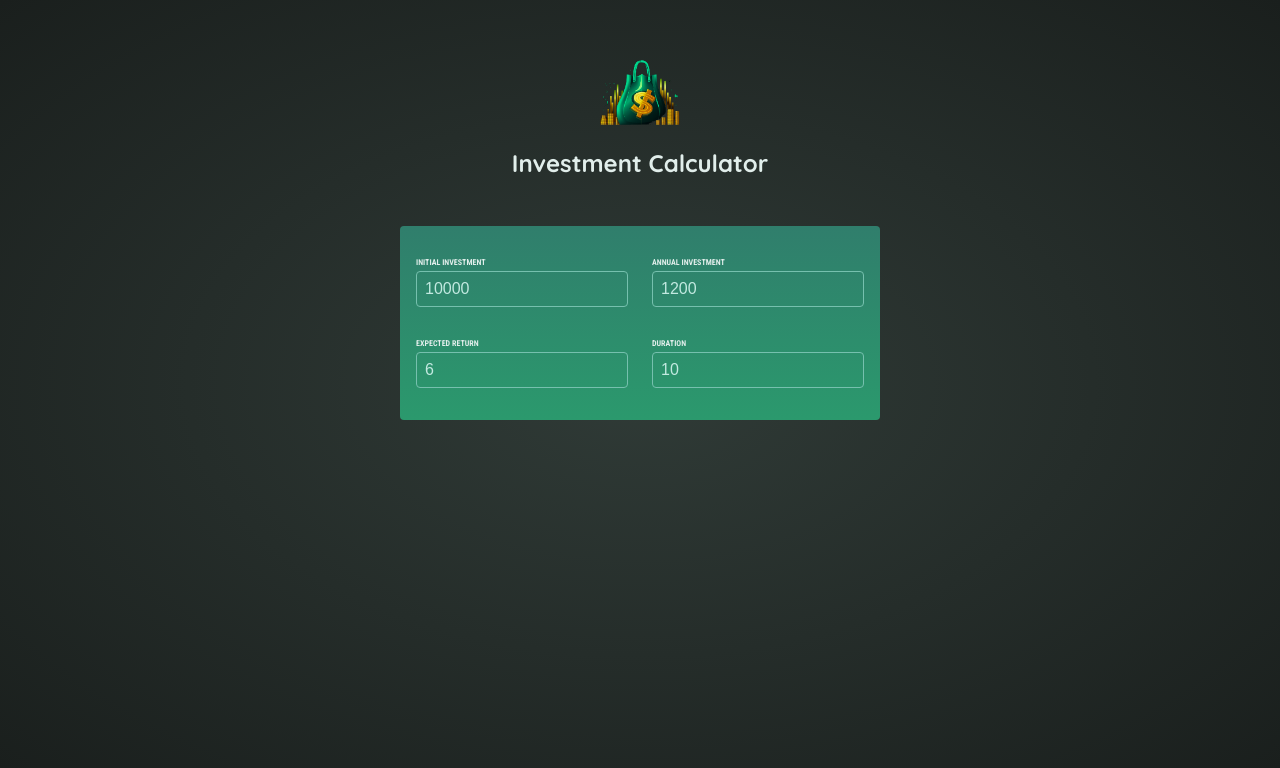
Repository: ooluchi/prac-investment-calculator
Page: /
An editor plug-in stored every save of this project. The page is shown before and after the next save, followed by the edit.
The browser window is 1280 px wide. The pictures show the whole page.
The project was rebuilt for these pictures with package versions that can differ from the ones it lists, and the page was loaded fresh each time. Also part of the build but not shown: vite.config.js.

Above is the page before, as saved 2024-11-13 14:44:48.

### src/App.jsx
import { useState } from "react";
import Header from "./components/Header";
import UserInput from "./components/UserInput";
import Results from "./components/Results";

function App() {

  const [userInput, setUserInput] = useState({
    initialInvestment: 10000,
    annualInvestment: 1200,
    expectedReturn: 6,
    duration: 10,
});

function handleChange(inputIdentifier, newValue) {
  setUserInput((previousInput) => ({
      ...previousInput,
      [inputIdentifier]: +newValue,
  }));
}

  return (
    <>
   <Header />
  <UserInput userInput={userInput}  onChange={handleChange} />
   </>
  )
}
<Results input={UserInput} />

export default App

### src/components/Header.jsx
import logo from "../assets/investment-calculator-logo.png"

export default function Header() {
    return (
        <header id="header">
        <img src={logo} alt="money-bag-image" />
        <h1> Investment Calculator</h1>
        </header>
    )
}

### src/components/UserInput.jsx

export default function UserInput ( {onChange, userInput} ) {
    return (
        <section id="user-input">
            <div className="input-group">
                <p>
                    <label>Initial Investment</label>
                    <input
                        type="number"
                        required
                        value={userInput.initialInvestment}
                        onChange={(event) =>
                            onChange("initialInvestment", event.target.value)
                        }
                    />
                </p>
                <p>
                    <label>Annual Investment</label>
                    <input
                        type="number"
                        required
                        value={userInput.annualInvestment}
                        onChange={(event) =>
                            onChange("annualInvestment", event.target.value)
                        }
                    />
                </p>
            </div>
            <div className="input-group">
                <p>
                    <label>Expected Return</label>
                    <input
                        type="number"
                        required
                        value={userInput.expectedReturn}
                        onChange={(event) =>
                            onChange("expectedReturn", event.target.value)
                        }
                    />
                </p>
                <p>
                    <label>Duration</label>
                    <input
                        type="number"
                        required
                        value={userInput.duration}
                        onChange={(event) => onChange("duration", event.target.value)}
                    />
                </p>
            </div>
        </section>
    );
}

### src/components/Results.jsx
import { calculateInvestmentResults } from '../util/investment'

export default function Results ({ input }) {
    const resultsData = calculateInvestmentResults(input);

    console.log(resultsData);
}

### src/util/investment.js
// This function expects a JS object as an argument
// The object should contain the following properties
// - initialInvestment: The initial investment amount
// - annualInvestment: The amount invested every year
// - expectedReturn: The expected (annual) rate of return
// - duration: The investment duration (time frame)
export function calculateInvestmentResults({
  initialInvestment,
  annualInvestment,
  expectedReturn,
  duration,
}) {
  const annualData = [];
  let investmentValue = initialInvestment;

  for (let i = 0; i < duration; i++) {
    const interestEarnedInYear = investmentValue * (expectedReturn / 100);
    investmentValue += interestEarnedInYear + annualInvestment;
    annualData.push({
      year: i + 1, // year identifier
      interest: interestEarnedInYear, // the amount of interest earned in this year
      valueEndOfYear: investmentValue, // investment value at end of year
      annualInvestment: annualInvestment, // investment added in this year
    });
  }

  return annualData;
}

// The browser-provided Intl API is used to prepare a formatter object
// This object offers a "format()" method that can be used to format numbers as currency
// Example Usage: formatter.format(1000) => yields "$1,000"
export const formatter = new Intl.NumberFormat('en-US', {
  style: 'currency',
  currency: 'USD',
  minimumFractionDigits: 0,
  maximumFractionDigits: 0,
});

Loaded but not shown: index.html (common file); src/index.jsx (common file); src/index.css (common file)

After the next save:
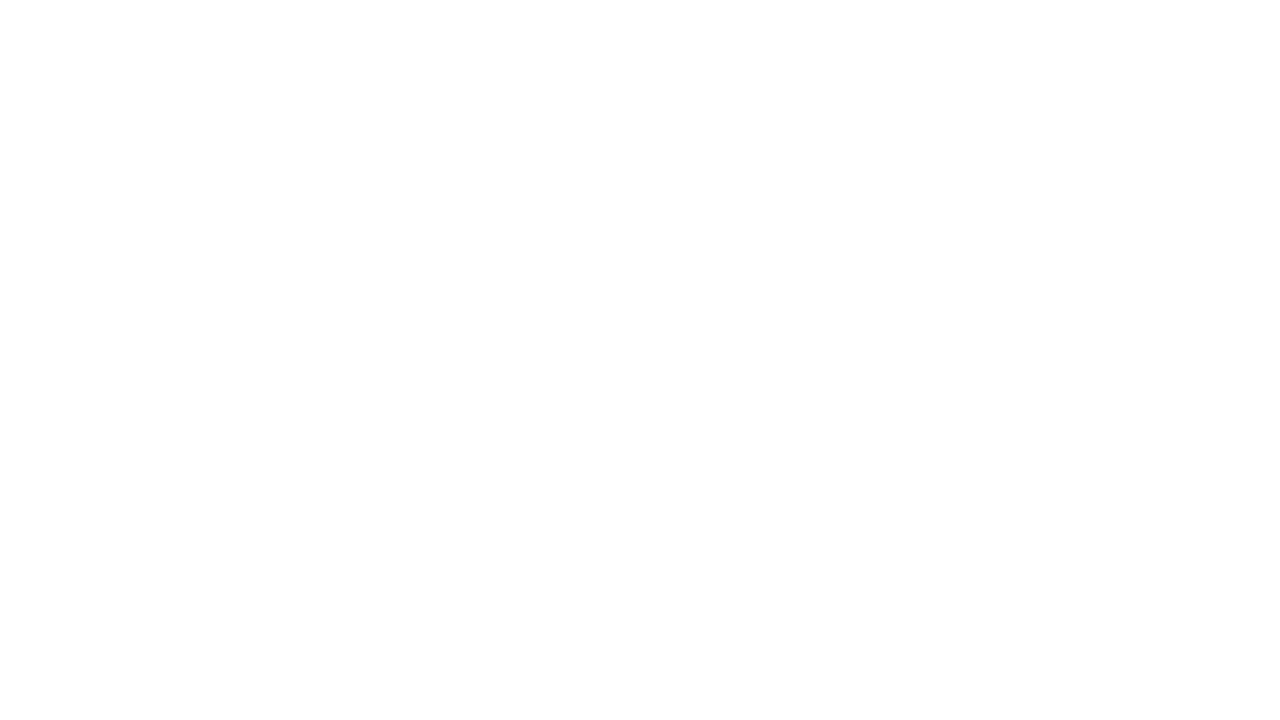
Console error: ReferenceError: userInput is not defined
Saved 7 s later.
--- a/src/App.jsx
+++ b/src/App.jsx
@@ -26,6 +26,6 @@
    </>
   )
 }
-<Results input={UserInput} />
+<Results input={userInput} />
 
 export default App

After the 3 saves that followed:
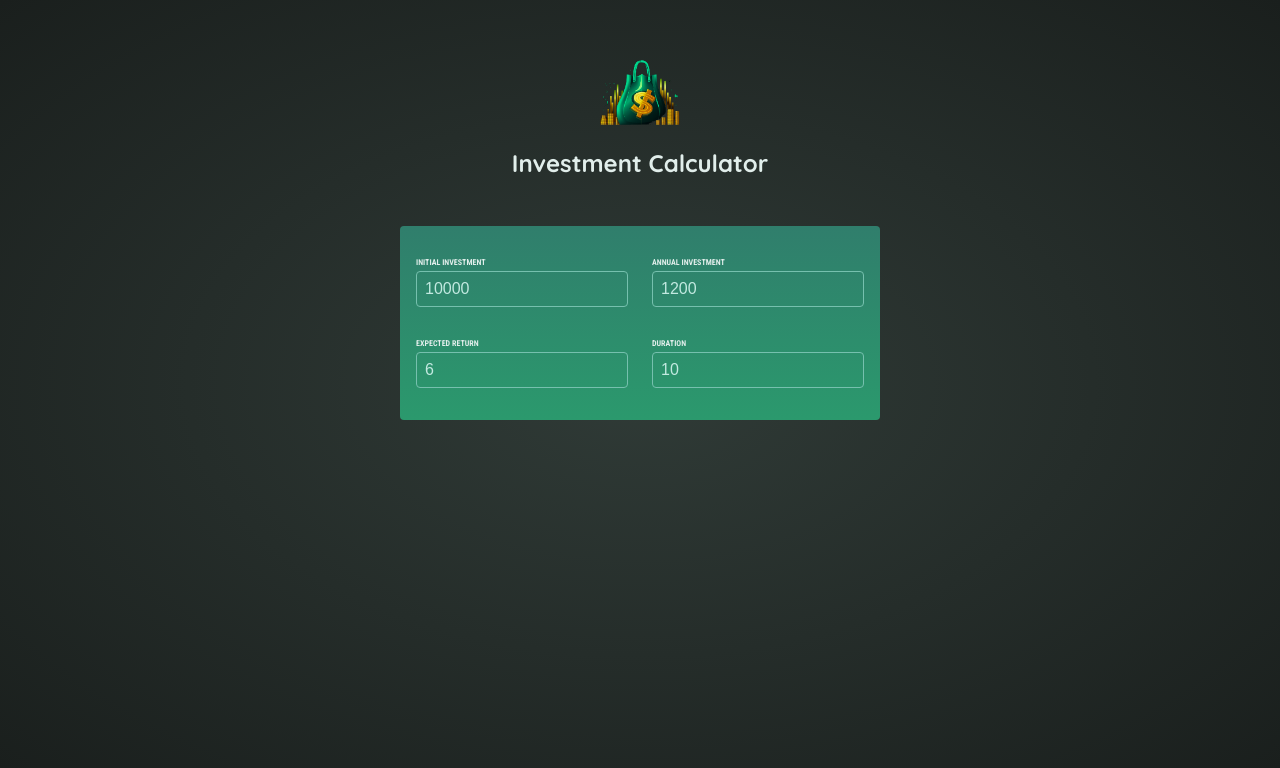
The error is gone.
The 3 saves are shown as one change because 1 left the picture as it was and some came seconds apart.
The last was saved 2 min 7 s later.
--- a/src/App.jsx
+++ b/src/App.jsx
@@ -26,6 +26,6 @@
    </>
   )
 }
-<Results input={userInput} />
+<Results input={UserInput} />
 
 export default App
